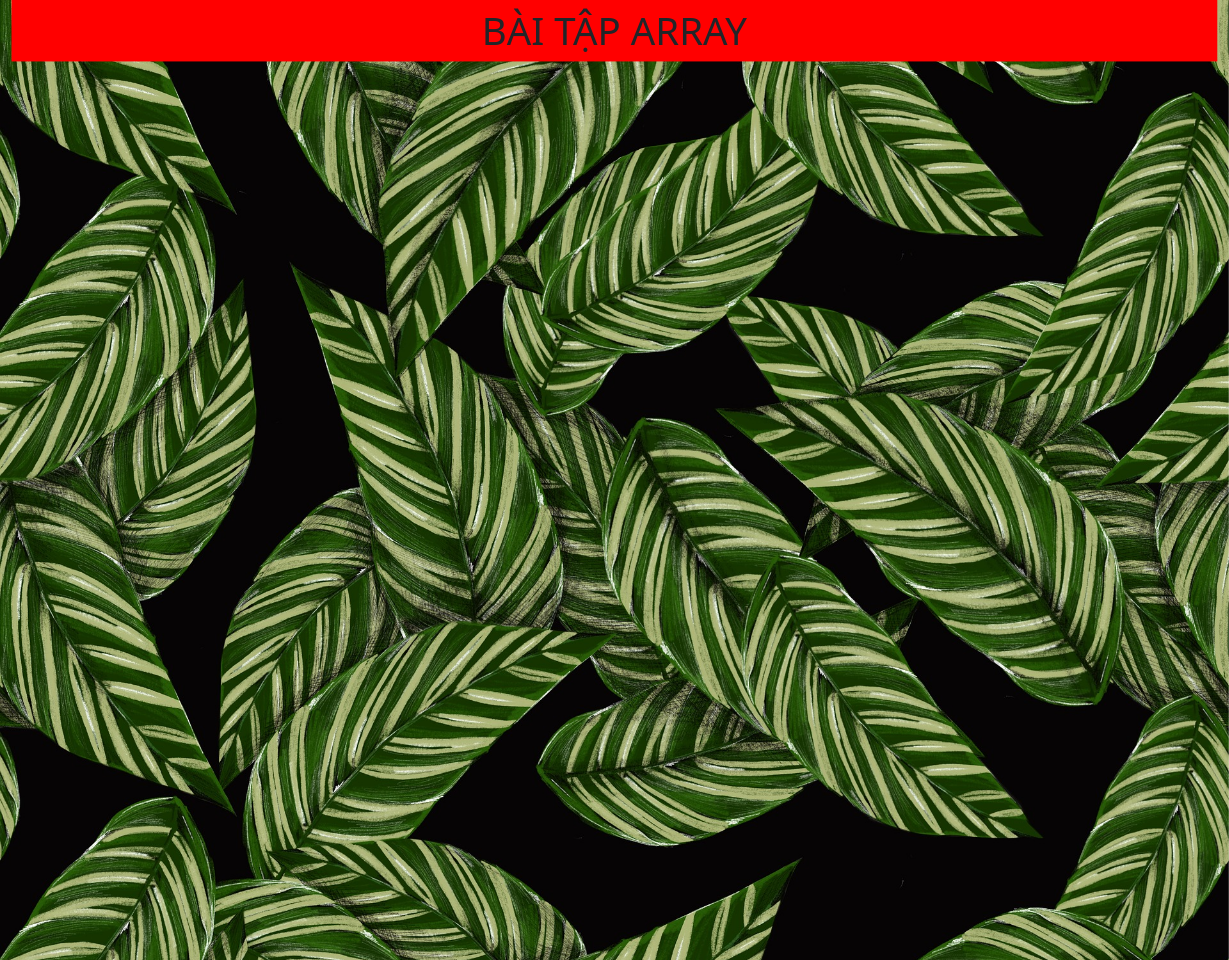
Repository: hcozyph/TranHuuPhuoc_BC43_BT_JS_Buoi7_8_ARRAY
Page: index.html
The author's editor kept a copy of each file at every save. The page is drawn from the files as they stood at one save, then again after the next save.
The browser window is 1280 px wide. The pictures show the whole page, at 96% of full size.

Above is the page before, as saved 2023-02-20 21:19:47.

### index.html
<!DOCTYPE html>
<html lang="en">
    <head>
        <title>BT Array</title>
        <!-- Required meta tags -->
        <meta charset="utf-8" />
        <meta
            name="viewport"
            content="width=device-width, initial-scale=1, shrink-to-fit=no"
        />

        <!-- Bootstrap CSS v5.2.1 -->
        <link
            href="https://cdn.jsdelivr.net/npm/bootstrap@5.2.1/dist/css/bootstrap.min.css"
            rel="stylesheet"
            integrity="sha384-iYQeCzEYFbKjA/T2uDLTpkwGzCiq6soy8tYaI1GyVh/UjpbCx/TYkiZhlZB6+fzT"
            crossorigin="anonymous"
        />

        <!-- index.css -->
        <link rel="stylesheet" href="./css/index.css" />
    </head>

    <body>
        <div class="container">
            <div class="bt-array-title">
                <h1 class="text-center py-2">BÀI TẬP ARRAY</h1>
            </div>

            <div class="bt-array-content">
                <div class="bt1"></div>
            </div>
        </div>

        <!-- Bootstrap JavaScript Libraries -->
        <script
            src="https://cdn.jsdelivr.net/npm/@popperjs/core@2.11.6/dist/umd/popper.min.js"
            integrity="sha384-oBqDVmMz9ATKxIep9tiCxS/Z9fNfEXiDAYTujMAeBAsjFuCZSmKbSSUnQlmh/jp3"
            crossorigin="anonymous"
        ></script>

        <script
            src="https://cdn.jsdelivr.net/npm/bootstrap@5.2.1/dist/js/bootstrap.min.js"
            integrity="sha384-7VPbUDkoPSGFnVtYi0QogXtr74QeVeeIs99Qfg5YCF+TidwNdjvaKZX19NZ/e6oz"
            crossorigin="anonymous"
        ></script>

        <!-- method.js -->
        <link rel="stylesheet" href="./js/method.js" />

        <!-- index.js -->
        <script src="./js/index.js"></script>
    </body>
</html>

### css/index.css
* {
    margin: 0;
    padding: 0;
    box-sizing: border-box;
}

.container {
    margin: 0 auto;
    max-width: 1440px;

    background-image: url(../img/2.jpg);
    background-size: cover;
    background-position: center;
    background-repeat: no-repeat;

    height: 1000px;
}

.bt-array-title {
    font-size: 40px;
    font-weight: 700;
    background-color: red;
}

/* .bt-array-content {
} */

Loaded but not shown: js/index.js (no copy from this time; the picture is the same without it); js/method.js (no stored copy; drawn as an empty file)

After the next save:
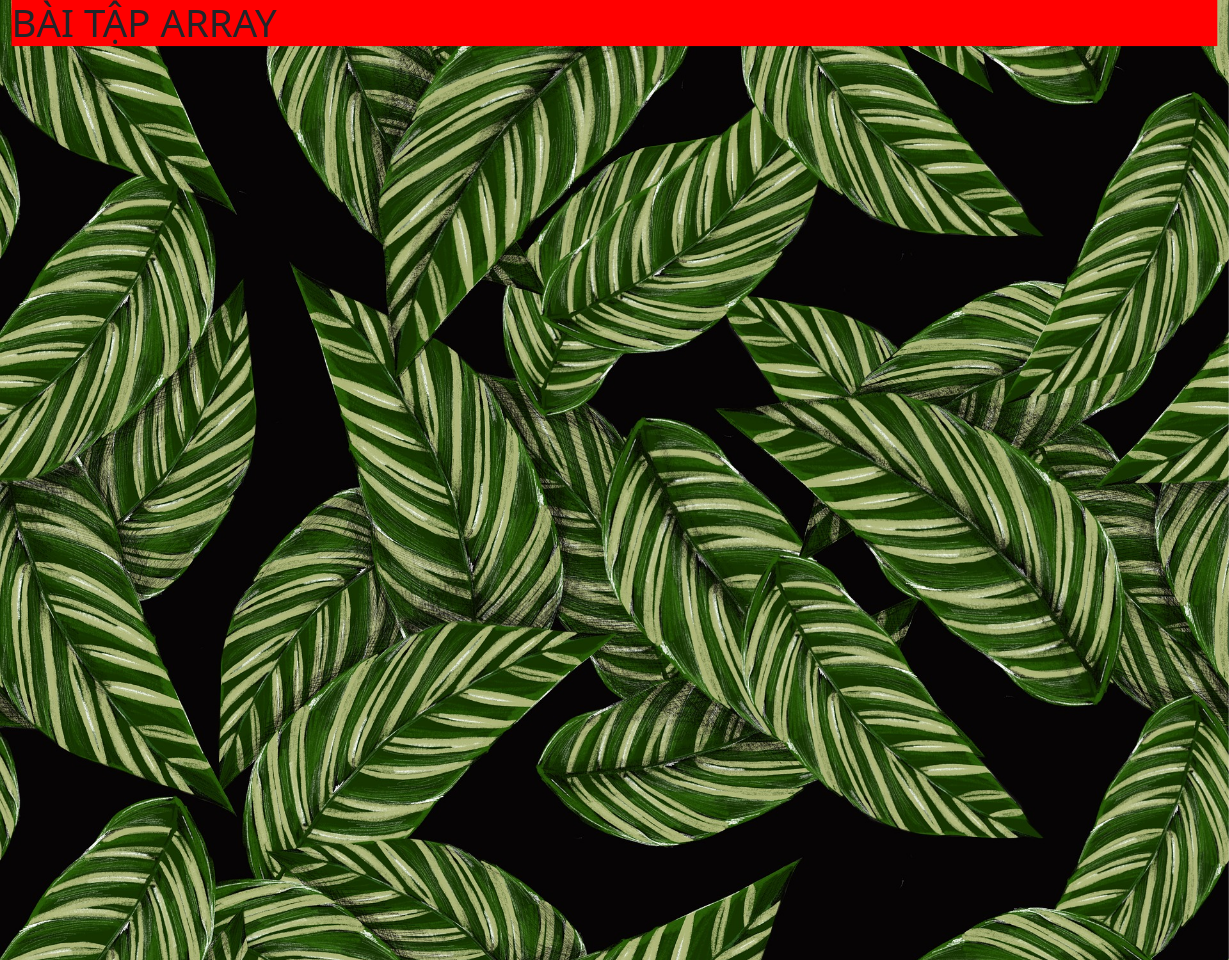
Saved 12 s later.
--- a/index.html
+++ b/index.html
@@ -24,7 +24,7 @@
     <body>
         <div class="container">
             <div class="bt-array-title">
-                <h1 class="text-center py-2">BÀI TẬP ARRAY</h1>
+                <h1 class="">BÀI TẬP ARRAY</h1>
             </div>
 
             <div class="bt-array-content">

After the 3 saves that followed:
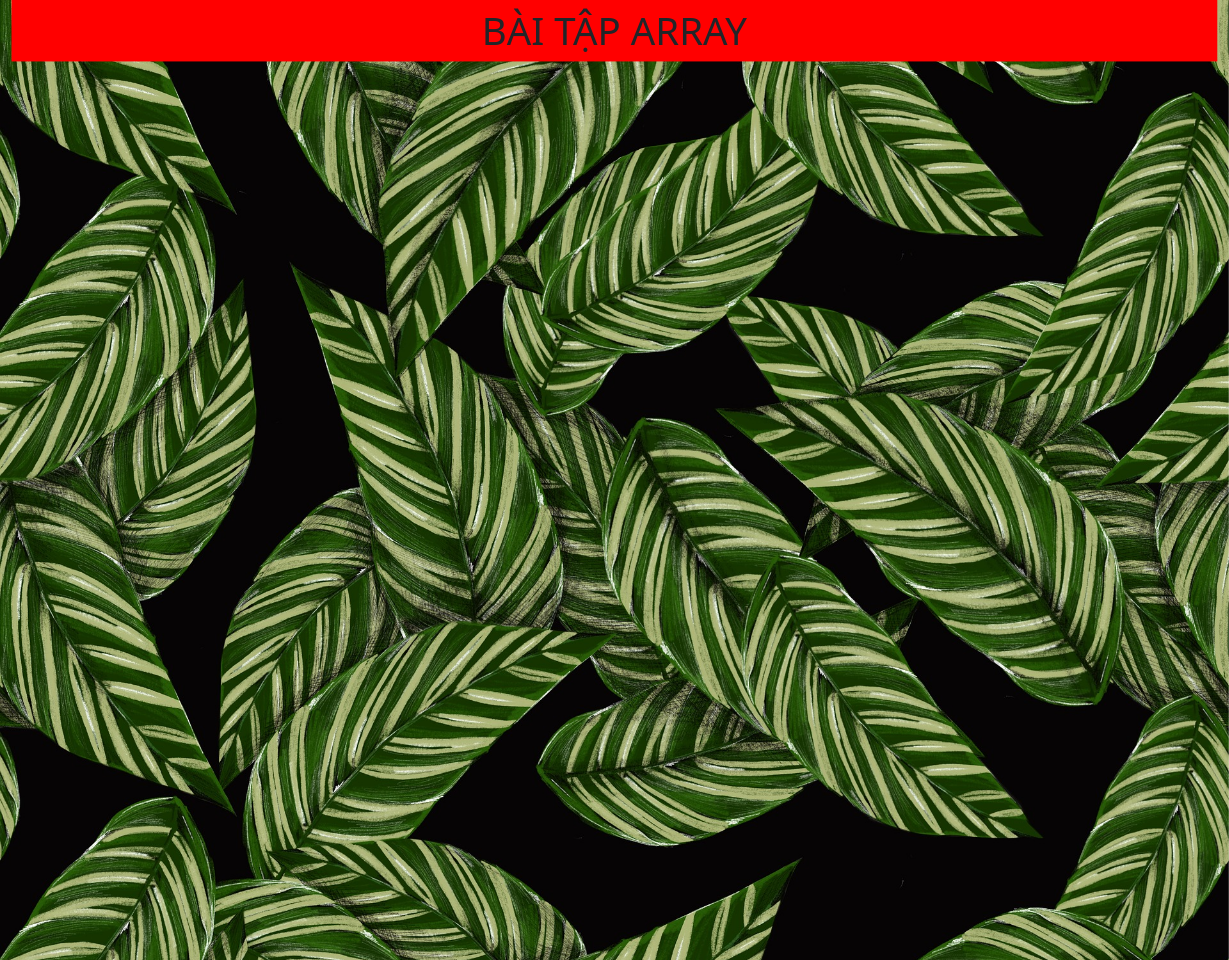
The 3 saves are shown as one change because they came seconds apart.
The last was saved 9 s later.
--- a/index.html
+++ b/index.html
@@ -24,7 +24,7 @@
     <body>
         <div class="container">
             <div class="bt-array-title">
-                <h1 class="">BÀI TẬP ARRAY</h1>
+                <h1 class="text-center py-2">BÀI TẬP ARRAY</h1>
             </div>
 
             <div class="bt-array-content">
